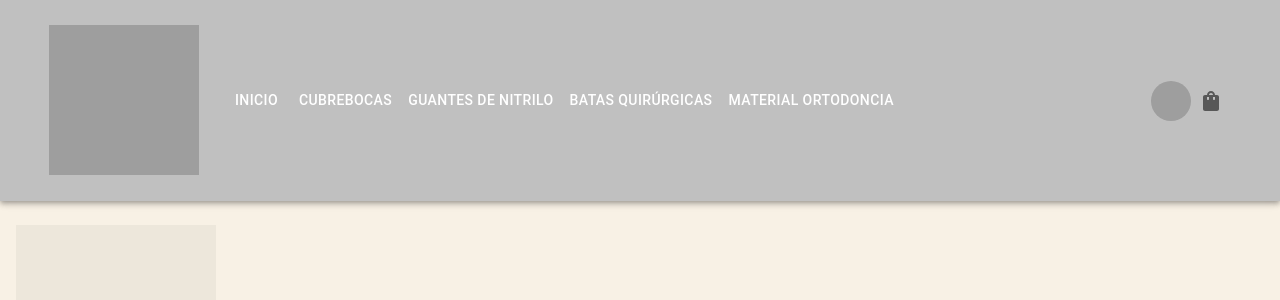
Repository: SebastianPineiro10/ecommerce-coderhouse
Page: /
The author's editor kept a copy of each file at every save. The page is drawn from the files as they stood at one save, then again after the next save.
The browser window is 1280 px wide. The pictures show the whole page.
Pictures or frames that could not be fetched are drawn as grey boxes. The page's requests for data from a server got no answer. The project was rebuilt for these pictures with package versions that can differ from the ones it lists, and the page was loaded fresh each time. No one was signed in, and anything a server would have sent is missing. Also part of the build but not shown: vite.config.js, src/components/common/card/productcard.css, src/components/common/card/ProductCard.jsx, src/components/pages/ItemListContainer/ItemList.jsx, src/components/pages/ItemDetail/ItemDetail.jsx, src/components/pages/ItemDetail/ItemDetailContainer.jsx, src/components/pages/cart/CartContainer.jsx.

Above is the page before, as saved 2024-11-07 02:37:49.

### index.html
<!doctype html>
<html lang="en">
  <head>
    <meta charset="UTF-8" />
    <link rel="icon" type="favicon" href="/public/favicon.ico" />
    <meta name="viewport" content="width=device-width, initial-scale=1.0" />
    <title>SP Depósito Dental</title>
    <meta name="description" content="Bienvenido a SP Depósito Dental, su tienda de confianza para productos dentales." />
    <meta name="keywords" content="dental, productos dentales, tienda, e-commerce" />

  </head>
  <body>
    <div id="root"></div>
    <script type="module" src="/src/main.jsx"></script>
  </body>
</html>

### src/main.jsx
import { createRoot } from 'react-dom/client'
import App from './App.jsx'
import './index.css'


createRoot(document.getElementById("root")).render(<App />);

### src/App.jsx
import { BrowserRouter } from 'react-router-dom';
import { Routes, Route } from 'react-router-dom';
import { CartProvider } from './context/CartContext';
import NavBar from './components/layout/navbar/NavBar';
import {ItemListContainer} from './components/pages/ItemListContainer/ItemListContainer';
import ItemDetailContainer from './components/pages/ItemDetail/ItemDetailContainer';
import CartContainer from './components/pages/cart/CartContainer';
import { Toaster } from 'sonner';


const App = () => {
  return (
    <CartProvider>
      <BrowserRouter>
      <Toaster duration={2000} richColors position="bottom-right" />
        <NavBar />
        <Routes>
          <Route
            path="/"
            element={<ItemListContainer greeting="¡Hola! Bienvenido a SP Deposito Dental, tu proveedor de productos odontológicos de confianza." />}
          />
          <Route path="/category/:categoryId" element={<ItemListContainer />} />
          <Route path="/item/:itemId" element={<ItemDetailContainer />} />
          <Route path="/cart" element={<CartContainer />} />
          <Route path="*" element={<h2>404 not found</h2>} />
        </Routes>
      </BrowserRouter>
    </CartProvider>
  );
};

export default App;

### src/index.css
body {
  background-color: #F8F1E5;
  margin: 0;
  font-family: 'Roboto', sans-serif;
  color: #2C3E50;
}

### src/context/CartContext.jsx
import { createContext, useState, useContext } from 'react';
import PropTypes from 'prop-types'; // Importamos PropTypes
import { toast } from "sonner";// Importamos el hook de notificación

// Creamos el contexto del carrito
const CartContext = createContext();

// Componente proveedor del carrito
export const CartProvider = ({ children }) => {
  const [cart, setCart] = useState([]);

  // Agregar al carrito
  const addToCart = (product) => {
    setCart((prevCart) => {
      const productIndex = prevCart.findIndex((item) => item.id === product.id);
      if (productIndex >= 0) {
        // Si el producto ya está en el carrito, actualizamos la cantidad
        const updatedCart = [...prevCart];
        updatedCart[productIndex].quantity += 1;
        toast.success(`${product.title} ha sido añadido al carrito`); // Mostrar notificación
        return updatedCart;
      }
      // Si el producto no está en el carrito, lo agregamos con una cantidad inicial de 1
      toast.success(`${product.title} ha sido añadido al carrito`); // Mostrar notificación
      return [...prevCart, { ...product, quantity: 1 }];
    });
  };

  // Eliminar un producto del carrito
  const removeFromCart = (productId) => {
    setCart((prevCart) => prevCart.filter((item) => item.id !== productId));
    toast.error('Producto eliminado del carrito'); // Mostrar notificación de eliminación
  };

  // Actualizar la cantidad de un producto
  const updateQuantity = (productId, quantity) => {
    setCart((prevCart) => {
      return prevCart.map((item) =>
        item.id === productId ? { ...item, quantity: Math.max(1, quantity) } : item // Evitar cantidades negativas
      );
    });
    toast.info('Cantidad actualizada'); // Mostrar notificación de actualización
  };

  // Obtener el total del carrito (sumar el total de los productos)
  const getTotal = () => {
    return cart.reduce((total, item) => total + item.price * item.quantity, 0);
  };

  // Obtener la cantidad total de productos en el carrito
  const getTotalQuantity = () => {
    return cart.reduce((total, item) => total + item.quantity, 0);
  };

  return (
    <CartContext.Provider value={{ cart, addToCart, removeFromCart, updateQuantity, getTotal, getTotalQuantity }}>
      {children}
    </CartContext.Provider>
  );
};

// Validación de las props para el componente CartProvider
CartProvider.propTypes = {
  children: PropTypes.node.isRequired, // Aseguramos que 'children' sea un nodo de React
};

// Hook personalizado para acceder al carrito
export const useCart = () => {
  return useContext(CartContext);
};

### src/components/layout/navbar/NavBar.jsx
import * as React from 'react';
import AppBar from '@mui/material/AppBar';
import Box from '@mui/material/Box';
import Toolbar from '@mui/material/Toolbar';
import IconButton from '@mui/material/IconButton';
import Typography from '@mui/material/Typography';
import Menu from '@mui/material/Menu';
import MenuIcon from '@mui/icons-material/Menu';
import Container from '@mui/material/Container';
import Avatar from '@mui/material/Avatar';
import Button from '@mui/material/Button';
import Tooltip from '@mui/material/Tooltip';
import MenuItem from '@mui/material/MenuItem';
import CartWidget from '../../common/cartWidget/Cartwidget';
import { NavLink } from 'react-router-dom';
import "./Navbar.css";

const pages = [
  { name: 'Inicio', route: '/' },
  { name: 'Cubrebocas', route: '/category/cubrebocas' },
  { name: 'Guantes de Nitrilo', route: '/category/guantes' },
  { name: 'Batas Quirúrgicas', route: '/category/batas' },
  { name: 'Material ortodoncia', route: '/category/ortodoncia'},

];
const settings = ['Mi Perfil', 'Cuenta', 'Mis Compras', 'Cerrar sesión', 'Buscar'];

function ResponsiveAppBar() {
  const [anchorElNav, setAnchorElNav] = React.useState(null);
  const [anchorElUser, setAnchorElUser] = React.useState(null);

  const handleOpenNavMenu = (event) => {
    setAnchorElNav(event.currentTarget);
  };

  const handleOpenUserMenu = (event) => {
    setAnchorElUser(event.currentTarget);
  };

  const handleCloseNavMenu = () => {
    setAnchorElNav(null);
  };

  const handleCloseUserMenu = () => {
    setAnchorElUser(null);
  };

  return (
    <AppBar position="static">
      <Container maxWidth="xl">
        <Toolbar disableGutters>
          <Box sx={{ display: 'flex', flexDirection: 'column', alignItems: 'center', mr: 3.5 }}>
            <img
              src="https://res.cloudinary.com/dcerhiol0/image/upload/v1730231790/file_9_jmsjn0.png"
              alt="Logo"
              style={{ height: '150px', marginBottom: '1px', width: '150px' }}
            />
            <Typography
              variant="caption"
              noWrap
              component={NavLink}
              to="/"
              sx={{
                fontFamily: 'monospace',
                fontWeight: 700,
                letterSpacing: '.3rem',
                color: 'inherit',
                textDecoration: 'none',
              }}
            >

            </Typography>
          </Box>


          <Box sx={{ flexGrow: 1, display: { xs: 'flex', md: 'none' }, justifyContent: 'center', gap: 5 }}>
            <IconButton
              size="large"
              aria-label="menu"
              aria-controls="menu-appbar"
              aria-haspopup="true"
              onClick={handleOpenNavMenu}
              color="inherit"
            >
              <MenuIcon />
            </IconButton>
            <Menu
              id="menu-appbar"
              anchorEl={anchorElNav}
              anchorOrigin={{ vertical: 'bottom', horizontal: 'left' }}
              keepMounted
              transformOrigin={{ vertical: 'top', horizontal: 'left' }}
              open={Boolean(anchorElNav)}
              onClose={handleCloseNavMenu}
              sx={{ display: { xs: 'block', md: 'none' } }}
            >
              {pages.map((page) => (
                <MenuItem key={page.name} onClick={handleCloseNavMenu}>
                  <Typography textAlign="center">
                    <NavLink to={page.route} style={{ textDecoration: 'none', color: 'inherit' }}>{page.name}</NavLink>
                  </Typography>
                </MenuItem>
              ))}
            </Menu>
          </Box>


          <Box sx={{ flexGrow: 1, display: { xs: 'none', md: 'flex' } }}>
            {pages.map((page) => (
              <Button
                key={page.name}
                onClick={handleCloseNavMenu}
                component={NavLink}
                to={page.route}
                sx={{ my: 2, color: 'white', display: 'block' }}
              >
                {page.name}
              </Button>
            ))}
          </Box>


          <Box sx={{ flexGrow: 0 }}>
            <Tooltip title="Abrir ajustes">
              <IconButton onClick={handleOpenUserMenu} sx={{ p: 0 }}>
                <Avatar alt="User Avatar" src="/static/images/avatar/2.jpg" />
              </IconButton>
            </Tooltip>
            <Menu
              sx={{ mt: '45px' }}
              id="menu-appbar"
              anchorEl={anchorElUser}
              anchorOrigin={{ vertical: 'top', horizontal: 'right' }}
              keepMounted
              transformOrigin={{ vertical: 'top', horizontal: 'right' }}
              open={Boolean(anchorElUser)}
              onClose={handleCloseUserMenu}
            >
              {settings.map((setting) => (
                <MenuItem key={setting} onClick={handleCloseUserMenu}>
                  <Typography textAlign="center">{setting}</Typography>
                </MenuItem>
              ))}
            </Menu>
            <CartWidget itemCount={3} />
          </Box>
        </Toolbar>
      </Container>
    </AppBar>
  );
}

export default ResponsiveAppBar;

### src/components/pages/ItemListContainer/ItemListContainer.jsx
import { useState, useEffect } from "react";
import { useParams } from "react-router-dom";
import { collection, getDocs, query, where } from "firebase/firestore";
import { db } from "../../../firebaseConfig";
import { products } from "../../../products";
import ItemList from "./ItemList";
import { Skeleton, Box, Typography, Button } from "@mui/material";

export const ItemListContainer = () => {
  const { categoryId } = useParams();
  const [items, setItems] = useState([]);
  const [isAdmin, setIsAdmin] = useState(false); // Suponemos que eres un admin por ahora

  useEffect(() => {
    const fetchProducts = async () => {
      const productsCollection = collection(db, "products");
      let docsRef = productsCollection;

      if (categoryId) {
        docsRef = query(productsCollection, where("category", "==", categoryId));
      }

      const querySnapshot = await getDocs(docsRef);
      const productsFromFirestore = querySnapshot.docs.map((doc) => ({
        ...doc.data(),
        id: doc.id,
      }));
      setItems(productsFromFirestore);
    };

    fetchProducts();
  }, [categoryId]);

  const uploadProductsToFirestore = async () => {
    const productsCollection = collection(db, "products");

    // Subir productos de products.js a Firestore
    for (const product of products) {
      await addDoc(productsCollection, product);
    }
    alert("Productos subidos correctamente!");
  };

  return (
    <Box sx={{ padding: 2 }}>
      <Typography variant="h5" gutterBottom>

      </Typography>

      {/* Botón solo visible si esAdmin es true */}
      {isAdmin && (
        <Button
          variant="contained"
          color="primary"
          onClick={uploadProductsToFirestore}
          sx={{ marginBottom: 2 }}
        >
          Subir Productos a Firestore
        </Button>
      )}

      {items.length === 0 ? (
        <Skeleton variant="rectangular" width={200} height={100} />
      ) : (
        <ItemList items={items} />
      )}
    </Box>
  );
};

### src/components/common/cartWidget/Cartwidget.jsx
import { useCart } from '../../../context/CartContext'; // Usar el contexto del carrito
import { Link } from 'react-router-dom';
import IconButton from '@mui/material/IconButton';
import Badge from '@mui/material/Badge';
import ShoppingBagIcon from '@mui/icons-material/ShoppingBag';

const CartWidget = () => {
  const { cart } = useCart(); // Accedemos al carrito desde el contexto

  const itemCount = cart.reduce((total, item) => total + item.quantity, 0); // Contamos los productos en el carrito

  return (
    <Link to="/cart" style={{ textDecoration: 'none' }}>
      <IconButton aria-label="cart">
        <Badge badgeContent={itemCount} color="secondary">
          <ShoppingBagIcon />
        </Badge>
      </IconButton>
    </Link>
  );
};

export default CartWidget;

### src/components/layout/navbar/Navbar.css
.MuiAppBar-root {
    background-color: rgb(192, 192, 192) !important;
    box-shadow: 0px 2px 10px rgba(0, 0, 0, 0.1);
    position: fixed;
    top: 0;
    left: 0;
    width: 100%;
    z-index: 1100;

  }

  .MuiToolbar-root {
    display: flex;
    justify-content: space-between;
    align-items: center;
    padding: 25px;
    min-height: 64px;
  }

  .MuiToolbar-regular {
    display: flex;
    justify-content: space-between;
  }


  .MuiButton-root {
    margin-left: 10px;
    margin-right: 10px;
    padding: 10px 16px;
    transition: background-color 0.3s ease;

  }

  .MuiButton-root:hover {
      color: navy;
  }


.MuiMenu-paper {
    background-color:  rgb(192, 192, 192)!important;
    color: white !important;
}

### src/firebaseConfig.js
import { initializeApp } from "firebase/app";
import { getFirestore } from "firebase/firestore";

const firebaseConfig = {
  apiKey: "AIzaSyC5Se1O4vN5LkJy_RH-D4cGwR73BkMs0XU",
  authDomain: "backend-ecommercecoderhouse.firebaseapp.com",
  projectId: "backend-ecommercecoderhouse",
  storageBucket: "backend-ecommercecoderhouse.firebasestorage.app",
  messagingSenderId: "500308526062",
  appId: "1:500308526062:web:fb10676cea4e305534c4ff"
};

// Initialize Firebase
const app = initializeApp(firebaseConfig);
export const db = getFirestore(app)

### src/products.js
export let products = [
    {
      //id: 1,
      title: "Cubrebocas KN95",
      price: 50,
      description: "Cubrebocas desechables de alta protección.",
      imageUrl: "https://res.cloudinary.com/dcerhiol0/image/upload/v1730150333/file_5_oippvb.png",
      stock: 100,
      category: "cubrebocas",
    },
    {
      //id: 2,
      title: "Guantes de Nitrilo",
      price: 300,
      description: "Guantes de nitrilo resistentes para procedimientos médicos.",
      imageUrl: "https://res.cloudinary.com/dcerhiol0/image/upload/v1730150333/file_7_qvgccw.png",
      stock: 50,
      category: "guantes",
    },
    {
      //id: 3,
      title: "Batas Quirúrgicas",
      price: 200,
      description: "Batas quirúrgicas desechables.",
      imageUrl: "https://res.cloudinary.com/dcerhiol0/image/upload/v1730150336/file_1_eylzr3.png",
      stock: 30,
      category: "batas",
    },
    {
      //id: 4,
      title: "Kits de Blanqueamiento",
      price: 1500,
      description: "Kits para blanqueamiento dental profesional.",
      imageUrl: "https://res.cloudinary.com/dcerhiol0/image/upload/v1730150334/file_4_mtvpfl.png",
      stock: 20,
      category: "ortodoncia",
    },
    {
      //id: 5,
      title: "Cepillo Interdental",
      price: 100,
      description: "Cepillo interdental para limpieza de espacios entre dientes.",
      imageUrl: "https://res.cloudinary.com/dcerhiol0/image/upload/v1730150335/file_2_ry3cmc.png",
      stock: 75,
      category: "ortodoncia",
    },
    {
      //id: 6,
      title: "Brackets Metálicos",
      price: 2000,
      description: "Brackets metálicos de alta durabilidad.",
      imageUrl: "https://res.cloudinary.com/dcerhiol0/image/upload/v1730150332/file_8_s61hmc.png",
      stock: 40,
      category: "ortodoncia",
    },
    {
      //id: 7,
      title: "Brackets Cerámicos",
      price: 2500,
      description: "Brackets estéticos de cerámica.",
      imageUrl: "https://res.cloudinary.com/dcerhiol0/image/upload/v1730150334/file_3_bqiafo.png",
      stock: 35,
      category: "ortodoncia",
    },
    {
      //id: 8,
      title: "Alambre arco ortodoncia",
      price: 500,
      description: "Alambres de acero para ortodoncia.",
      imageUrl: "https://res.cloudinary.com/dcerhiol0/image/upload/v1730150336/file_yxl0zy.png",
      stock: 60,
      category: "ortodoncia",
    },
    {
      //id: 9,
      title: "Bandas Molares",
      price: 150,
      description: "Bandas para molar de ortodoncia.",
      imageUrl: "https://res.cloudinary.com/dcerhiol0/image/upload/v1730150333/file_6_vzixdy.png",
      stock: 80,
      category: "ortodoncia",
    },
  ];

After the next save:
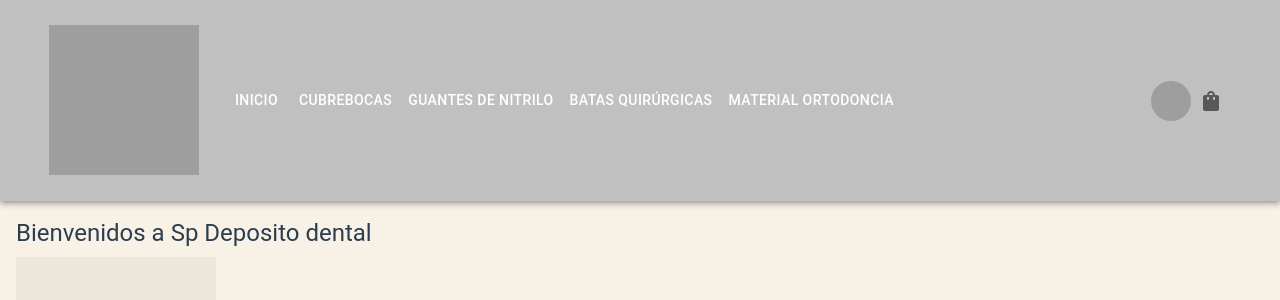
Saved 76 s later.
--- a/src/components/pages/ItemListContainer/ItemListContainer.jsx
+++ b/src/components/pages/ItemListContainer/ItemListContainer.jsx
@@ -44,7 +44,7 @@ export const ItemListContainer = () => {
   return (
     <Box sx={{ padding: 2 }}>
       <Typography variant="h5" gutterBottom>
-
+        Bienvenidos a Sp Deposito dental
       </Typography>
 
       {/* Botón solo visible si esAdmin es true */}
